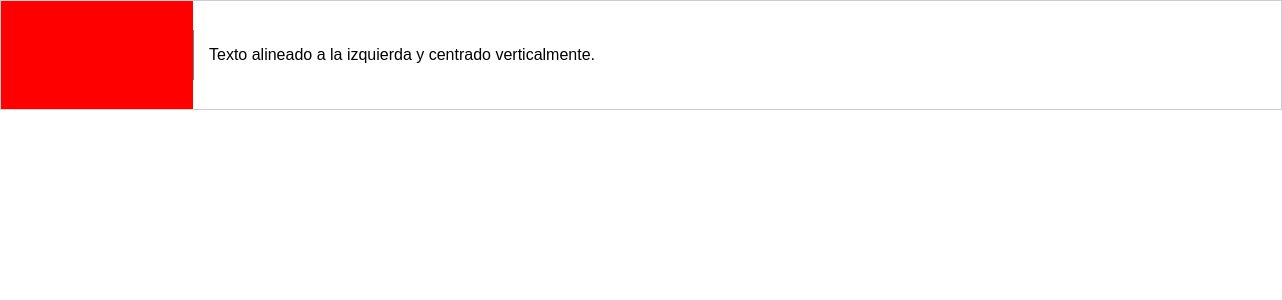
Repository: aCoupon0/intranet
Page: 1/gasto.html
An editor plug-in stored every save of this project. The page is shown before and after the next save, followed by the edit.
The browser window is 1280 px wide. The page is 1282 px wide, so the pictures cover 1282 px, including what lies to the right of the window. The pictures show the whole page.

Above is the page before, as saved 2024-12-11 11:15:57.

After the next save:
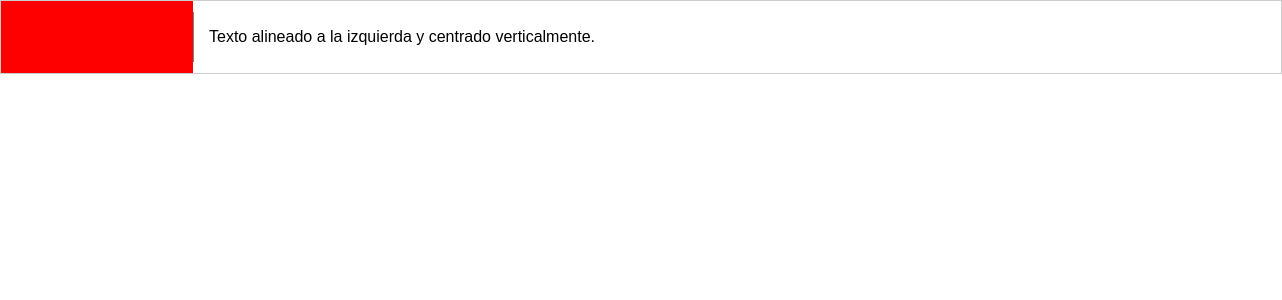
Saved 16 s later.
--- a/css/gasto.css
+++ b/css/gasto.css
@@ -4,7 +4,7 @@ body {
 }
 .container {
     width: 100%;
-    height: 15vh;
+    height: 10vh;
     display: flex;
     align-items: center;
     border: 1px solid #ccc;
